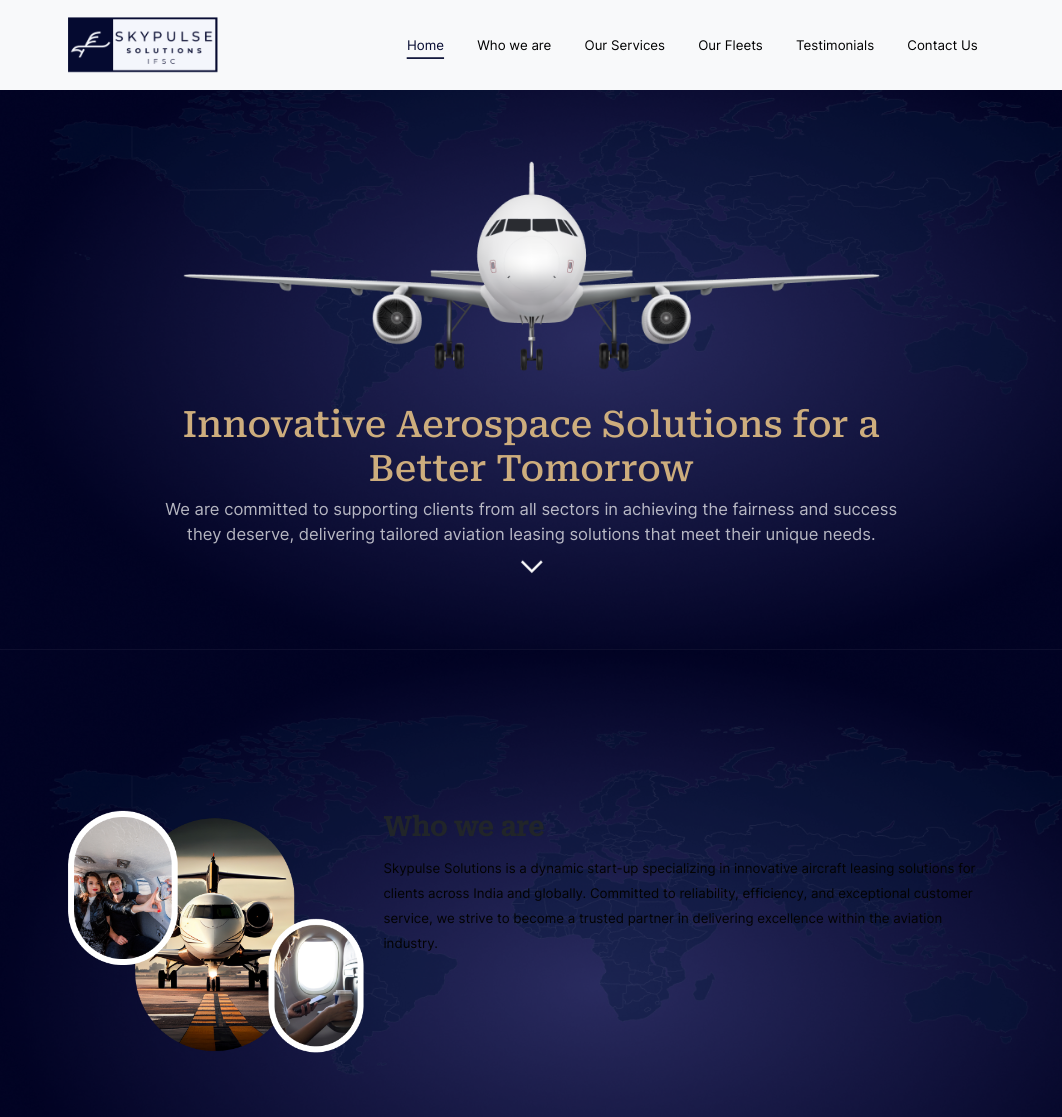
Repository: mangalravi/SkyPulse
Page: index.html
An editor plug-in stored every save of this project. The page is shown before and after the next save, followed by the edit.
The browser window is 1280 px wide. The pictures show the whole page, at 83% of full size.

Above is the page before, as saved 2024-12-30 10:22:52.

### index.html
<!DOCTYPE html>
<html lang="en">
  <head>
    <meta charset="UTF-8" />
    <meta name="viewport" content="width=device-width, initial-scale=1.0" />
    <title>SkyPluse</title>
    <link rel="icon" href="content/images/favicon.png" type="image/x-icon" />
    <link
      rel="stylesheet"
      type="text/css"
      href="content/bootstrap/css/bootstrap.min.css"
    />
    <link rel="stylesheet" type="text/css" href="content/css/font-family.css" />
    <link rel="stylesheet" type="text/css" href="content/css/Icon.css" />
    <link
      rel="stylesheet"
      type="text/css"
      href="content/lib/slick/css/slick.min.css"
    />
    <link rel="stylesheet" type="text/css" href="content/css/custom.css" />
  </head>
  <body>
    <header class="nvbrhdr position-fixed w-100">

      <nav class="navbar navbar-expand-lg bg-body-tertiary p-0">
        <div class="container-fluid container-lg">
          <a class="navbar-brand m-0 p-0" href="#">
            <img src="content/images/logo.png" alt="logo">
          </a>
          <button class="navbar-toggler" type="button" data-bs-toggle="collapse" data-bs-target="#navbarSupportedContent" aria-controls="navbarSupportedContent" aria-expanded="false" aria-label="Toggle navigation">
            <span class="navbar-toggler-icon"></span>
          </button>
          <div class="collapse navbar-collapse" id="navbarSupportedContent">
            <ul class="navbar-nav ms-auto mb-2 mb-lg-0">
              <li class="nav-item">
                <a class="nav-link active ps-0" aria-current="page" href="#">Home</a>
              </li>
              <li class="nav-item">
                <a class="nav-link" href="#">Who we are</a>
              </li>

              <li class="nav-item">
                <a class="nav-link" href="#">Our Services</a>
              </li>
              <li class="nav-item">
                <a class="nav-link" href="#">Our Fleets</a>
              </li>
              <li class="nav-item">
                <a class="nav-link" href="#">Testimonials</a>
              </li>

              <li class="nav-item">
                <a class="nav-link pe-0" href="#">Contact Us</a>
              </li>
            </ul>

          </div>
        </div>
      </nav>

    </header>
   <section class="top-banner" style="background:url(content/images/banner-bg.png)">
    <div class="container">
      <div class="row justify-content-center">
        <div class="col-md-10">
          <div class="topcntnt text-center">
            <img src="content/images/airplane.png" alt="airplane">
            <h1 class="mb-2 fw-medium">Innovative Aerospace Solutions for a Better Tomorrow</h1>
            <p class="mb-2">We are committed to supporting clients from all sectors in achieving the fairness and success they deserve, delivering tailored aviation leasing solutions that meet their unique needs.</p>
            <span class="material-symbols-outlined">  arrow_forward_ios </span>
          </div>
        </div>
      </div>
    </div>
   </section>
   <section class="top-banner" style="background:url(content/images/banner-bg.png)">
    <div class="container">
      <div class="row justify-content-center">
        <div class="col-md-4">
<img src="content/images/who-we-are.png" alt="who">
          </div>
        <div class="col-md-8">
<h2 class="sec-head">Who we are</h2>
<p class="sec-para">Skypulse Solutions is a
  dynamic start-up specializing in innovative aircraft leasing solutions
   for clients across India
  and globally.  Committed
   to reliability, efficiency, and exceptional
   customer service, we
   strive to become a
   trusted partner in
   delivering excellence
   within the aviation industry.</p>
          </div>
          </div>
          </div>
          </div>
    <script src="content/js/jquery.min.js"></script>
  <script src="content/bootstrap/js/bootstrap.bundle.min.js"></script>
    <script src="content/lib/slick/js/slick.min.js"></script>
    <script src="content/js/custom.js"></script>
  </body>
</html>

### content/css/font-family.css
/* Inter Family */

@font-face {
  font-family: "Inter";
  font-style: normal;
  font-weight: 400;
  src: url("../fonts/Inter/Inter-Regular.ttf") format("truetype");
  font-display: swap;
}

@font-face {
  font-family: "Inter";
  font-style: normal;
  font-weight: 500;
  src: url("../fonts/Inter/Inter-Medium.ttf") format("truetype");
  font-display: swap;
}

/* Roboto Serif Family */

@font-face {
  font-family: "RobotoSerif";
  font-style: normal;
  font-weight: 400;
  src: url("../fonts/Roboto-Serif/RobotoSerif-Regular.ttf") format("truetype");
  font-display: swap;
}

@font-face {
  font-family: "RobotoSerif";
  font-style: normal;
  font-weight: 500;
  src: url("../fonts/Roboto-Serif/RobotoSerif-Medium.ttf") format("truetype");
  font-display: swap;
}

### content/css/Icon.css
/* fallback */
@font-face {
    font-family: 'Material Icons';
    font-style: normal;
    font-weight: 300;
    src: url(../fonts/icon.woff2) format('woff2');
  }
  /* fallback */
  @font-face {
    font-family: 'Material Icons Outlined';
    font-style: normal;
    font-weight: 300;
    src: url(../fonts/icon-outline.woff2) format('woff2');
  }
  @font-face {
    font-family: 'Material Symbols Outlined';
    font-style: normal;
    font-weight: 300;
    src: url(../fonts/icon-symbol-outline.woff2) format('woff2');
  }

  .material-icons {
    font-family: 'Material Icons';
    font-weight: normal;
    font-style: normal;
    font-size: 24px;
    line-height: 1;
    letter-spacing: normal;
    text-transform: none;
    display: inline-block;
    white-space: nowrap;
    word-wrap: normal;
    direction: ltr;
    -webkit-font-feature-settings: 'liga';
    -webkit-font-smoothing: antialiased;
  }

  .material-icons-outlined {
    font-family: 'Material Icons Outlined';
    font-weight: normal;
    font-style: normal;
    font-size: 24px;
    line-height: 1;
    letter-spacing: normal;
    text-transform: none;
    display: inline-block;
    white-space: nowrap;
    word-wrap: normal;
    direction: ltr;
    -webkit-font-feature-settings: 'liga';
    -webkit-font-smoothing: antialiased;
  }
 /* Fallback */


.material-symbols-outlined {
  font-family: 'Material Symbols Outlined';
  font-weight: normal;
  font-style: normal;
  font-size: 24px;
  line-height: 1;
  letter-spacing: normal;
  text-transform: none;
  display: inline-block;
  white-space: nowrap;
  word-wrap: normal;
  direction: ltr;
  -webkit-font-feature-settings: 'liga';
  -webkit-font-smoothing: antialiased;
}

### content/lib/slick/css/slick.min.css
/**
 * Minified by jsDelivr using clean-css v4.2.0.
 * Original file: /npm/slick-carousel@1.8.1/slick/slick.css
 *
 * Do NOT use SRI with dynamically generated files! More information: https://www.jsdelivr.com/using-sri-with-dynamic-files
 */
 .slick-slider{position:relative;display:block;box-sizing:border-box;-webkit-user-select:none;-moz-user-select:none;-ms-user-select:none;user-select:none;-webkit-touch-callout:none;-khtml-user-select:none;-ms-touch-action:pan-y;touch-action:pan-y;-webkit-tap-highlight-color:transparent}.slick-list{position:relative;display:block;overflow:hidden;margin:0;padding:0}.slick-list:focus{outline:0}.slick-list.dragging{cursor:pointer;cursor:hand}.slick-slider .slick-list,.slick-slider .slick-track{-webkit-transform:translate3d(0,0,0);-moz-transform:translate3d(0,0,0);-ms-transform:translate3d(0,0,0);-o-transform:translate3d(0,0,0);transform:translate3d(0,0,0)}.slick-track{position:relative;top:0;left:0;display:block;margin-left:auto;margin-right:auto}.slick-track:after,.slick-track:before{display:table;content:''}.slick-track:after{clear:both}.slick-loading .slick-track{visibility:hidden}.slick-slide{display:none;float:left;height:100%;min-height:1px}[dir=rtl] .slick-slide{float:right}.slick-slide img{display:block}.slick-slide.slick-loading img{display:none}.slick-slide.dragging img{pointer-events:none}.slick-initialized .slick-slide{display:block}.slick-loading .slick-slide{visibility:hidden}.slick-vertical .slick-slide{display:block;height:auto;border:1px solid transparent}.slick-arrow.slick-hidden{display:none}
 /*# sourceMappingURL=/sm/fb3ed351cd5c0f1f30f88778ee1f9b056598e6d25ac4fdcab1eebcd8be521cd9.map */

### content/css/custom.css
:root {
  --bs-primary-color: #050A30;
  --bs-secondary-color: #030303;
  --bs-gold-color: #CDAD7D;
  --bs-heading-font-family: 'RobotoSerif', serif;
  --bs-body-font-family: 'Inter', sans-serif;
}

  section {
    padding: 120px 0;
  }
  p {
    color:var(--bs-secondary-color);
    line-height: 1.875rem;
    font-weight: 400;
  }
  a {
    text-decoration: none;
  }
  h1,h2,h3,h4,h5,h6 {
    font-family: var(--bs-heading-font-family);
    font-weight: 700;
    margin-bottom: 1rem;
  }
  .material-symbols-outlined {
    font-weight: bold;
    font-size:1.25rem;
    transition:all 0.7s;
  }
  img {
    max-width: 100%;
  }
  body{
    padding:0 ;
  }
 .navbar{
background: #FFFFFFF2;
 }
 .navbar-expand-lg .navbar-nav .nav-link {
padding: 2.781rem 0;
margin:0 1.25rem;
color:#000000;
line-height: 1.25rem;
position: relative;
 }
 .navbar-expand-lg .navbar-nav .nav-link.active {
  color: var(--bs-primary-color);
 }
 .navbar-expand-lg .navbar-nav .nav-link::before{
  position: absolute;
  content: "";
  background: transparent;
  width: 100%;
  height: 2px;
  left: 0;
  top: 63%;
 }
 .navbar-expand-lg .navbar-nav .nav-link.active::before,
  .navbar-expand-lg .navbar-nav .nav-link:hover::before {
background:var(--bs-primary-color);
 }

/* top-banner */
.top-banner{
  padding-top: 195px;
   padding-bottom: 78px;
background-size:cover;
background-position:center;
 }
.top-banner .topcntnt img{
margin-bottom: 2.5rem;
 }
.top-banner .topcntnt h1{
color:#CDAD7D;
font-size:2.75rem;
line-height: 51.52px;
letter-spacing: 1.5%;
 }
.top-banner .topcntnt p{
font-size:1.25rem;
line-height: 1.875rem;
color:#fff;
opacity: 0.7;
 }
.top-banner .topcntnt span{
  font-size: 2rem;
  transform: rotate(90deg);
  color: #fff;
}

### content/js/custom.js
$(window).scroll(function () {
  $(this).scrollTop() >= 250
    ? $(".nvbrhdr").addClass("bg-white")
    : $(".nvbrhdr").removeClass("bg-white");
})

Loaded but not shown: content/bootstrap/css/bootstrap.min.css (library); content/js/jquery.min.js (library); content/bootstrap/js/bootstrap.bundle.min.js (library); content/lib/slick/js/slick.min.js (library)

After the next save:
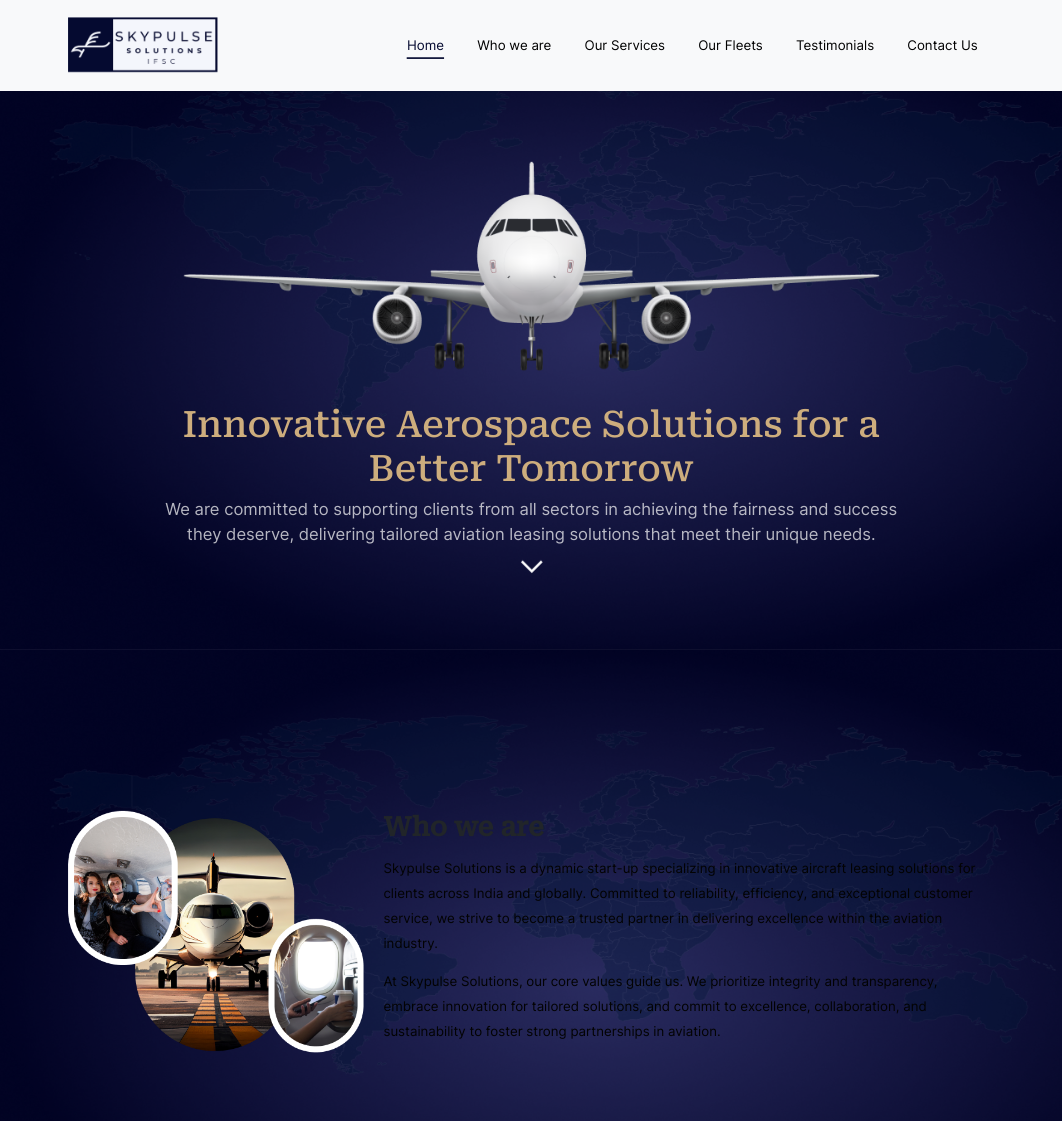
Saved 13 s later.
--- a/index.html
+++ b/index.html
@@ -91,6 +91,9 @@
    trusted partner in
    delivering excellence
    within the aviation industry.</p>
+   <p class="sec-para">
+    At Skypulse Solutions, our core values guide us. We prioritize integrity and transparency, embrace innovation for tailored solutions, and commit to excellence, collaboration, and sustainability to foster strong partnerships in aviation.
+   </p>
           </div>
           </div>
           </div>
